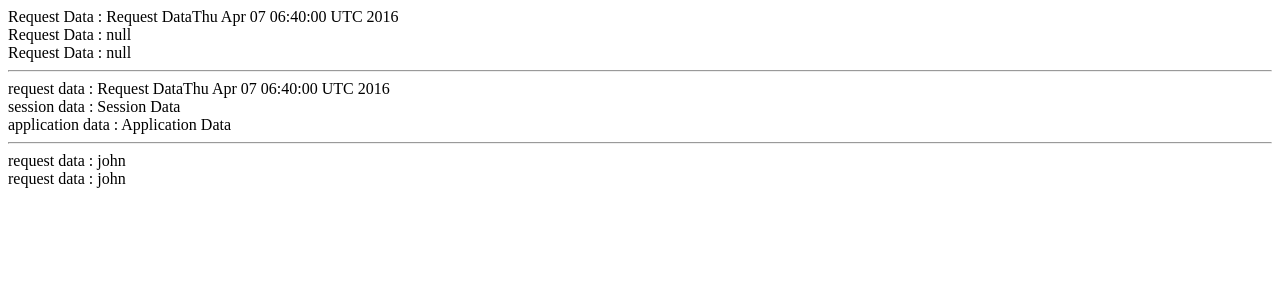
Repository: yeobinJeong/demoweb
Page: http://localhost/example-web/eltest.action
An editor plug-in stored every save of this project. The page is shown before and after the next save, followed by the edit.
The browser window is 1280 px wide. The pictures show the whole page.
The page is served by Tomcat 9.

Above is the page before, as saved 2016-04-20 01:57:00.

After the next save:
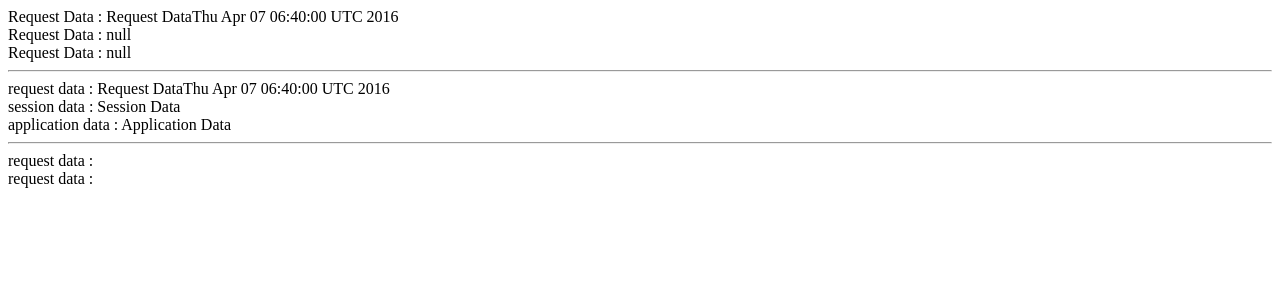
Saved 18 min 4 s later.
--- a/example-web/src/com/exampleweb/servlet/ELTestServlet.java
+++ b/example-web/src/com/exampleweb/servlet/ELTestServlet.java
@@ -1,6 +1,7 @@
 package com.exampleweb.servlet;
 
 import java.io.IOException;
+import java.util.ArrayList;
 import java.util.Date;
 
 import javax.servlet.ServletException;
@@ -26,11 +27,21 @@ public class ELTestServlet extends HttpServlet {
 
 
 
-		Person person = new Person();
+		/*Person person = new Person();
 		person.setNum(1);
 		person.setName("john");
 		person.setEmail("google");
-		req.setAttribute("person", person);
+		req.setAttribute("person", person);*/
+
+		ArrayList<Person> persons = new ArrayList<>();
+		for( int i=0; i<5; i++){
+			Person p = new Person();
+			p.setNum(i);
+			p.setName("name "+ i);
+			p.setEmail("Email "+ i);
+			persons.add(p);
+
+		}
 
 		req.getRequestDispatcher("/jspdemo/10.el-result.jsp").forward(req,resp);
 	}
